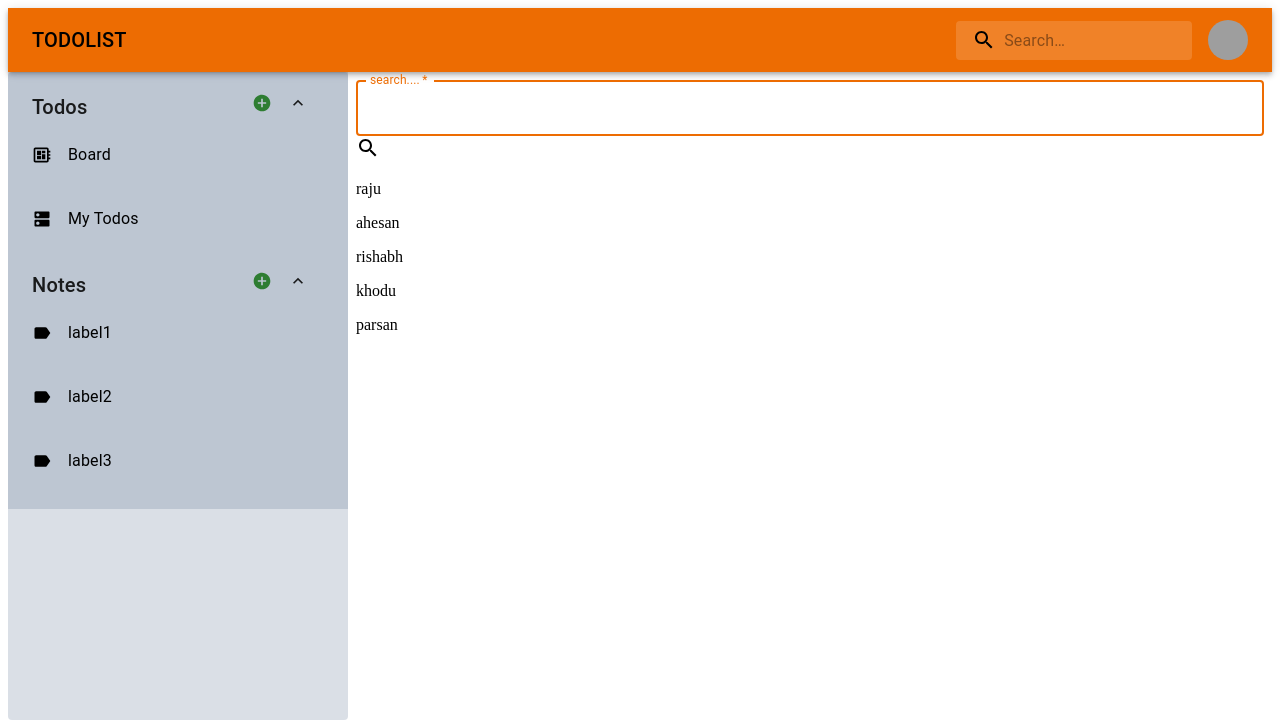
Repository: HrishrathTBS/Trackerbea
Page: / (app in client/)
An editor plug-in stored every save of this project. The page is shown before and after the next save, followed by the edit.
The browser window is 1280 px wide. The pictures show the whole page.
Pictures or frames that could not be fetched are drawn as grey boxes. The project was rebuilt for these pictures with package versions that can differ from the ones it lists, and the page was loaded fresh each time. Also part of the build but not shown: client/src/components/TodoList.js, client/src/components/Board.js, client/src/components/ListOfBar.js, client/src/components/MyTodos.js, client/src/pages/Label/Label1.js, client/src/pages/Label/Label2.js, client/src/pages/Label/Label3.js.

Above is the page before, as saved 2022-03-10 14:58:57.

After the next save:
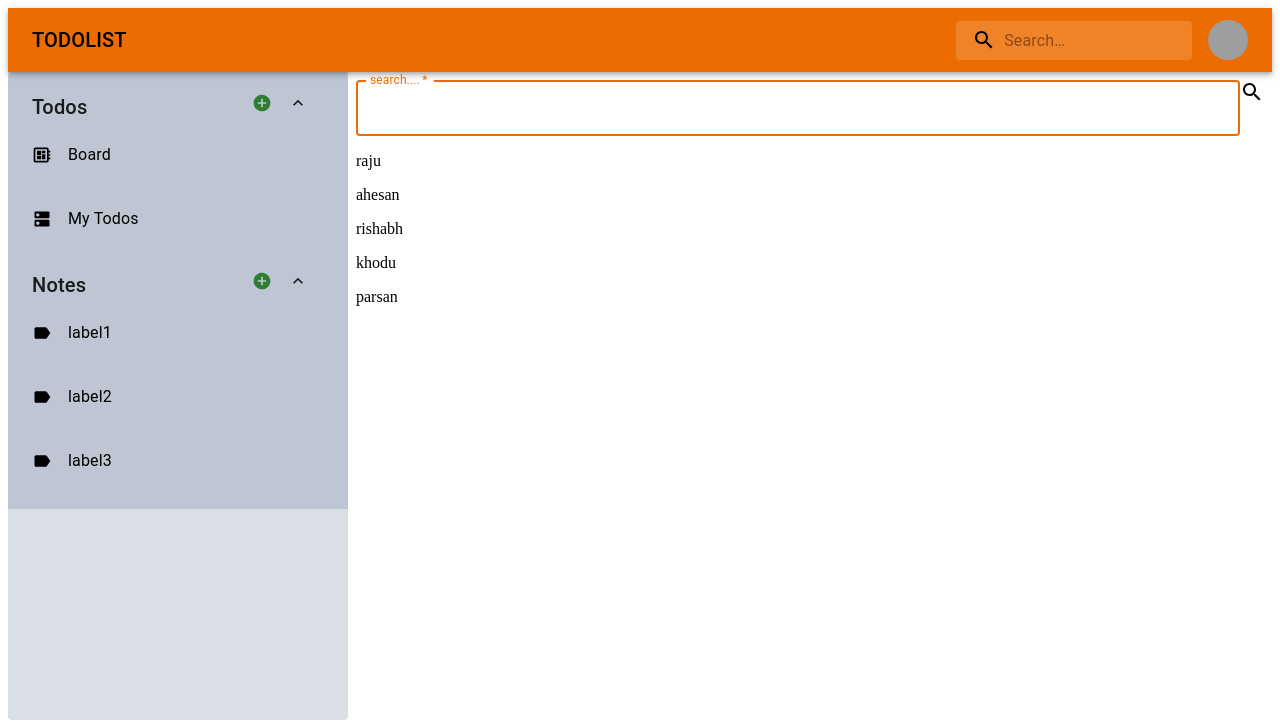
Saved 21 s later.
--- a/client/src/components/Filter.js
+++ b/client/src/components/Filter.js
@@ -23,7 +23,7 @@ const Filter = () => {
       </div> */}
       <Grid container justifyContent='center' m={1}>
         <Grid item xs={12}>
-          <Box>
+          <Box sx={{ display: 'flex' }}>
             <TextField autoComplete='text' value={search} color='warning' variant='outlined' fullWidth id='search' label='search....' onChange={handleChange} autoFocus required />
             <SearchIcon />
           </Box>
